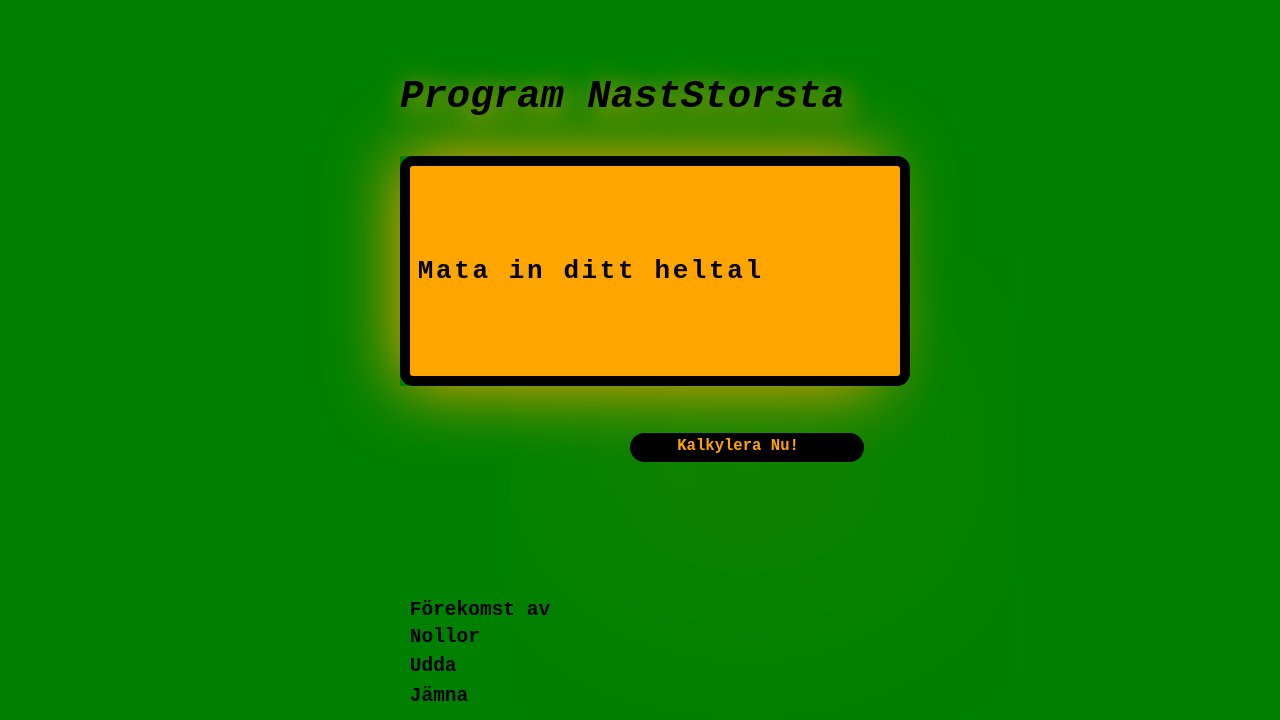
Repository: AndreasAnemyrLNU/1DV404_Iterativ_Mjukvaruutveckling
Page: 1c.html
The author's editor kept a record of every edit. The page is drawn from the files as they stood at one moment, then again after the next edit.
The browser window is 1280 px wide. The pictures show the whole page.

Above is the page before.

After the next edit:
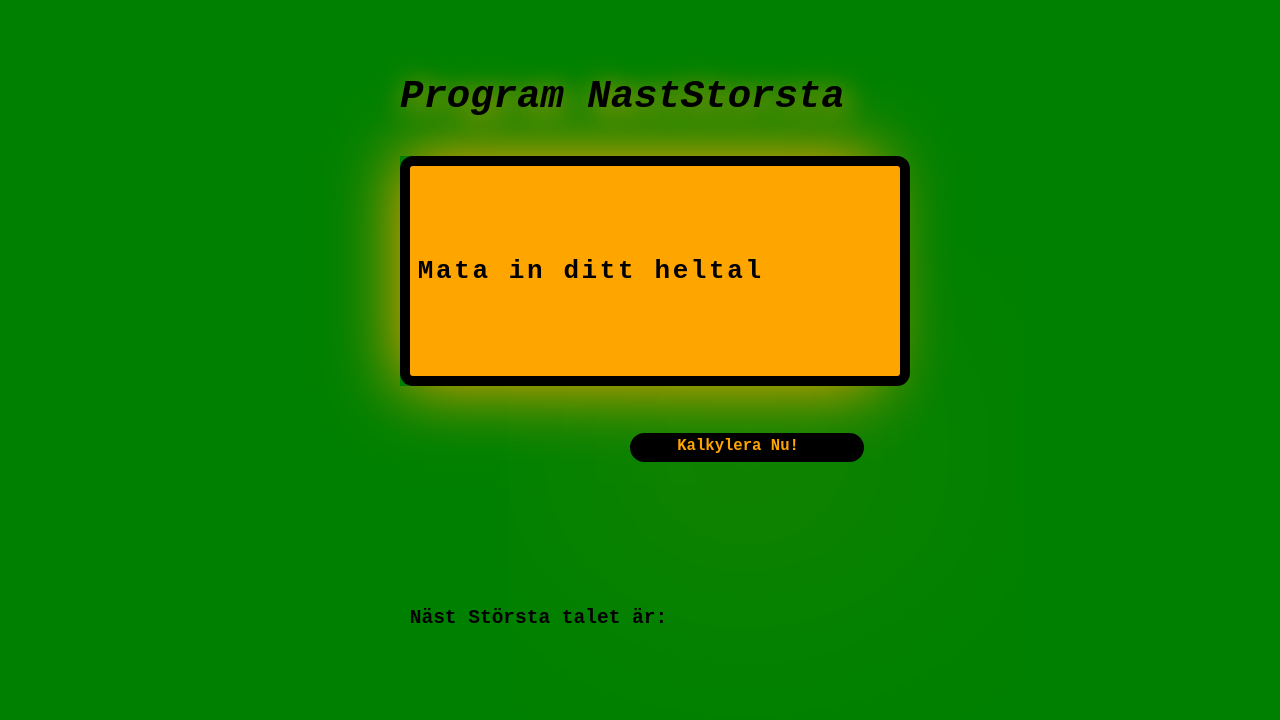
The edit:
--- a/1c.html
+++ b/1c.html
@@ -12,10 +12,8 @@
                 <input id="inputBox" type="text" name="" value="Mata in ditt heltal"/>
             </form>
                 <a id="doCalc">Kalkylera Nu!</a>
-                <p>Förekomst av
-                    <span class="block">Nollor <span id="zero" class="leftPad"></span></span>
-                    <span class="block">Udda <span id="odd" class="leftPad"></span></span>
-                    <span class="block">Jämna <span id="even" class="leftPad"></span></span>
+                <p>
+                    <span class="block">Näst Största talet är:<span id="secondNr" class="leftPad"></span></span>
                 </p>
         </div>
         <script type="text/javascript" src="js/1b_Calculator.js"></script>
